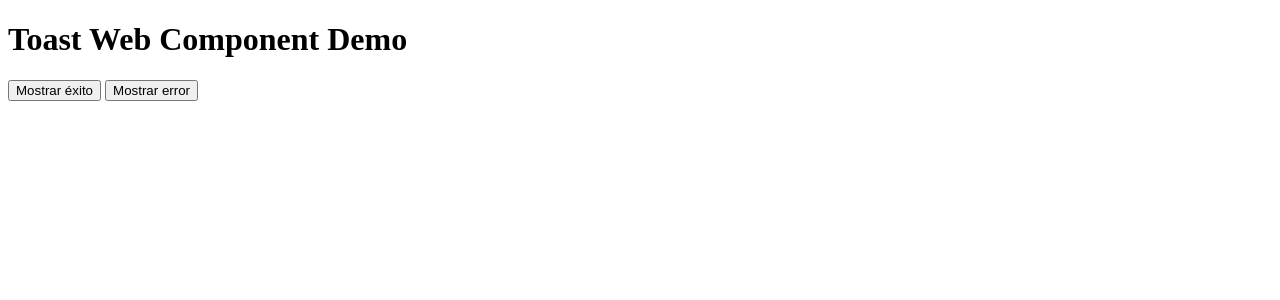
Repository: aitorcachero/aicadev-toast-message
Page: index.html
The author's editor kept a copy of each file at every save. The page is drawn from the files as they stood at one save, then again after the next save.
The browser window is 1280 px wide. The pictures show the whole page.

Above is the page before, as saved 2025-05-21 23:18:36.

After the next save:
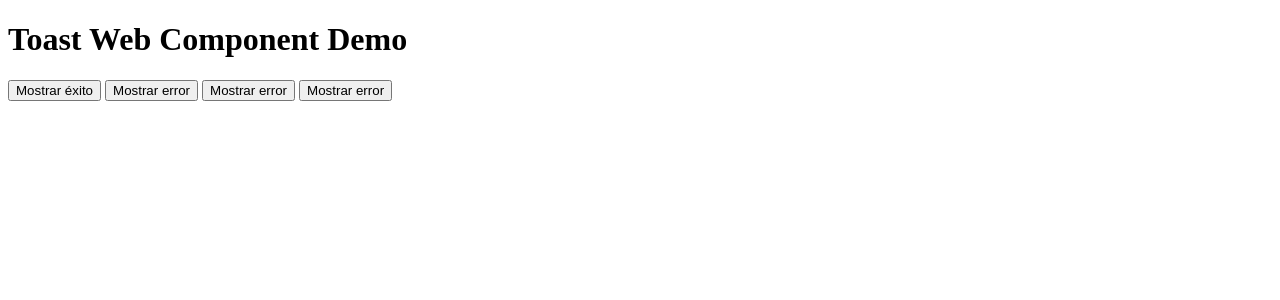
Saved 9 min 51 s later.
--- a/index.html
+++ b/index.html
@@ -10,6 +10,8 @@
   <h1>Toast Web Component Demo</h1>
   <button onclick="showToast('Mensaje de éxito', 'success')">Mostrar éxito</button>
   <button onclick="showToast('Algo salió mal', 'error')">Mostrar error</button>
+  <button onclick="showToast('Hay un aviso', 'warning')">Mostrar error</button>
+  <button onclick="showToast('Esto es información', 'info')">Mostrar error</button>
 
   <div id="toast-container" style="position: fixed; top: 1rem; right: 1rem; z-index: 9999;"></div>
 
